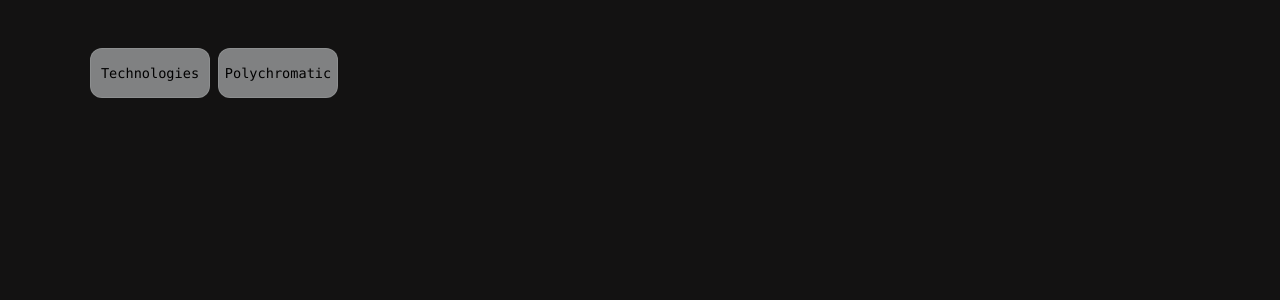
Repository: Baaam0/DCD_week7
Page: /
The author's editor kept a copy of each file at every save. The page is drawn from the files as they stood at one save, then again after the next save.
The browser window is 1280 px wide. The pictures show the whole page.
The page's requests for data from a server got no answer. Some web fonts or font styles are not loaded; a fallback is used. The project was rebuilt for these pictures with package versions that can differ from the ones it lists, and the page was loaded fresh each time. The framework's server and built-in components were replaced by stand-ins that run in the browser. No one was signed in, and anything a server would have sent is missing. Also part of the build but not shown: next.config.js.

Above is the page before, as saved 2023-02-18 02:13:11.

After the next save:
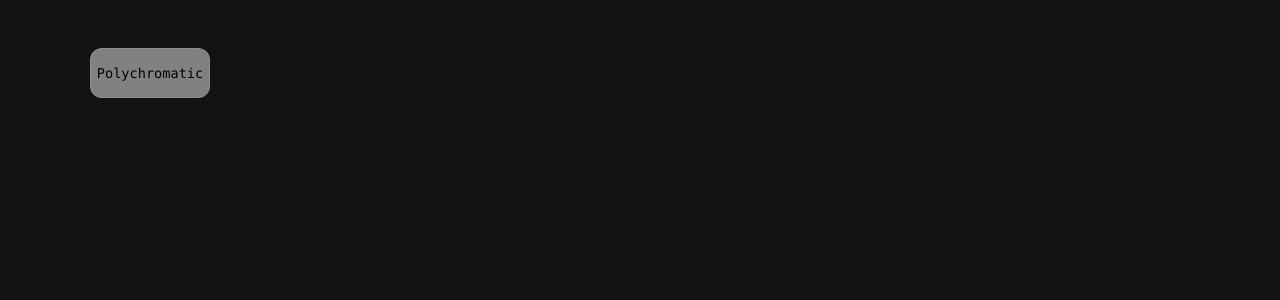
Saved 7 s later.
--- a/pages/index.js
+++ b/pages/index.js
@@ -34,9 +34,6 @@ export default function Home() {
       <main className={styles.main}>
         <div className={styles.description}>
           <p>
-          <Link href="/">Technologies</Link>
-          </p>
-          <p>
           <Link href="/polychromatic">Polychromatic</Link>
           </p>
         </div>
